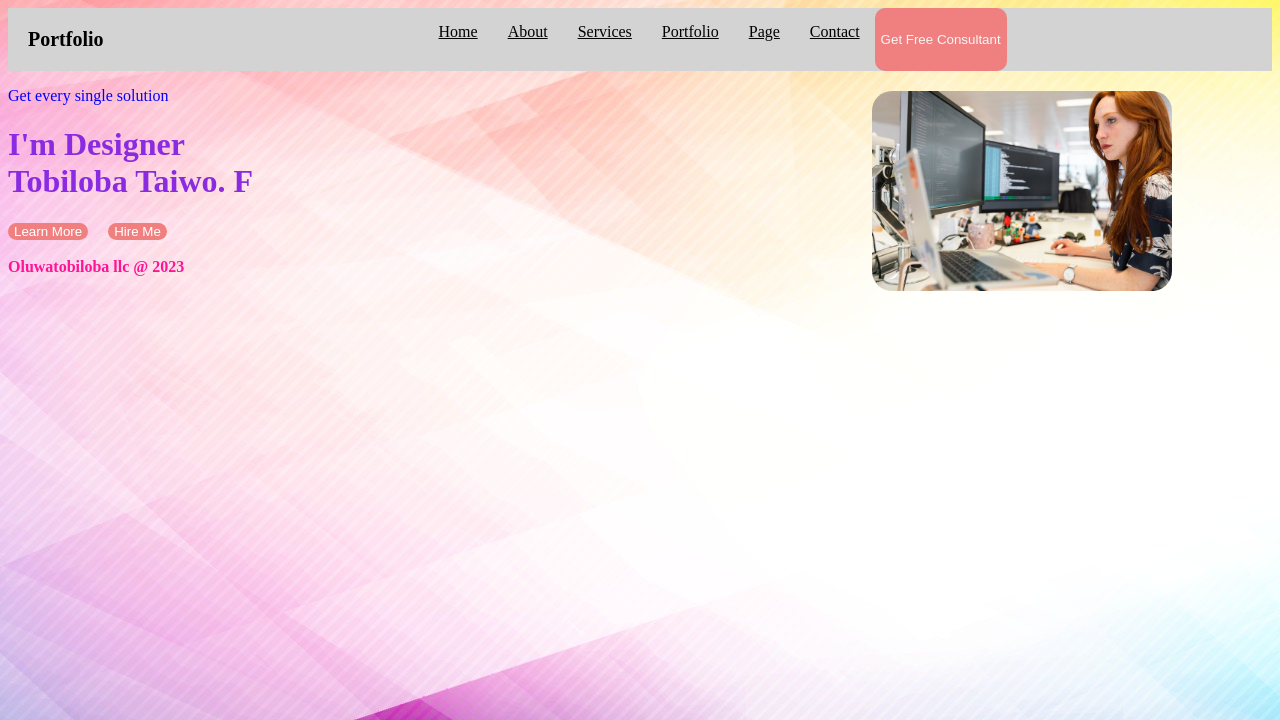
Repository: Tobby004/bdc_task_1
Page: index.html
The author's editor kept a copy of each file at every save. The page is drawn from the files as they stood at one save, then again after the next save.
The browser window is 1280 px wide. The pictures show the whole page.

Above is the page before, as saved 2023-02-19 01:25:41.

After the next save:
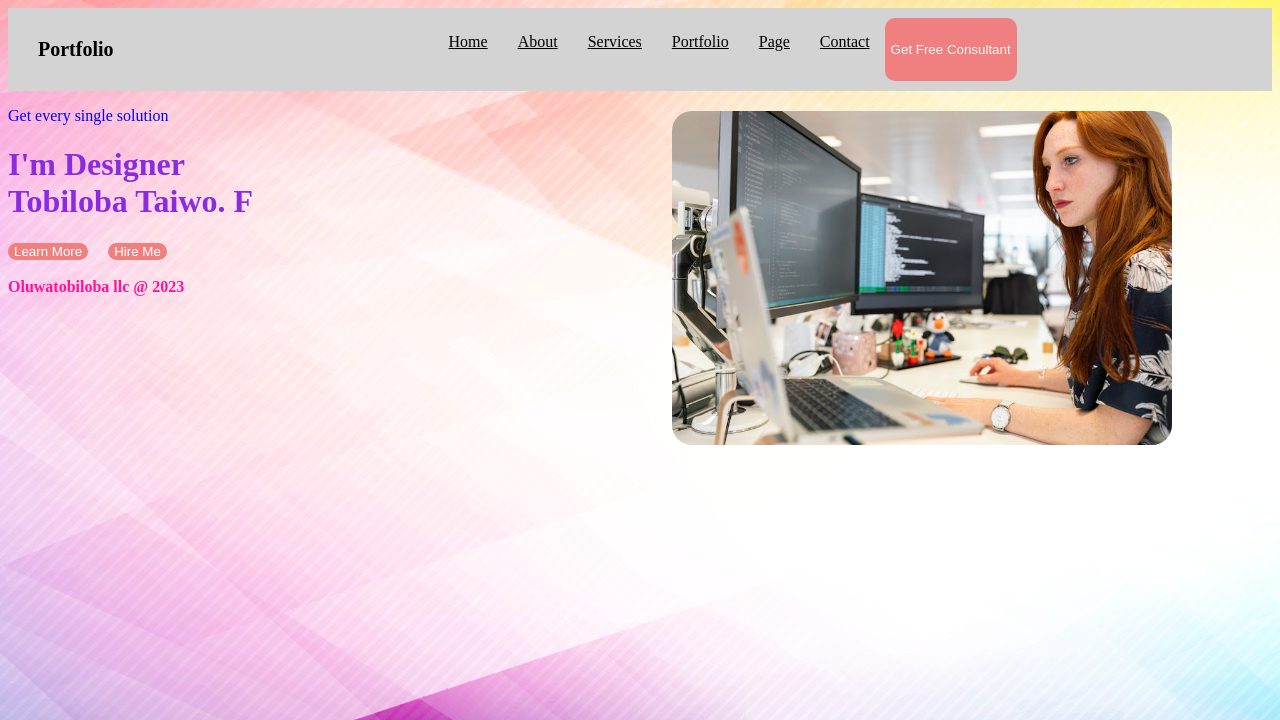
Saved 65 s later.
--- a/task.css
+++ b/task.css
@@ -3,6 +3,7 @@
 }
 header {
     display: flex;
+    padding: 10px;
     background: lightgray
 
 }
@@ -19,7 +20,7 @@ header a {
     color: black;
 }
 img {
-    width: 300px;
+    width: 500px;
     margin-top: 20px;
     float:inline-end;
     border-radius: 20px;
